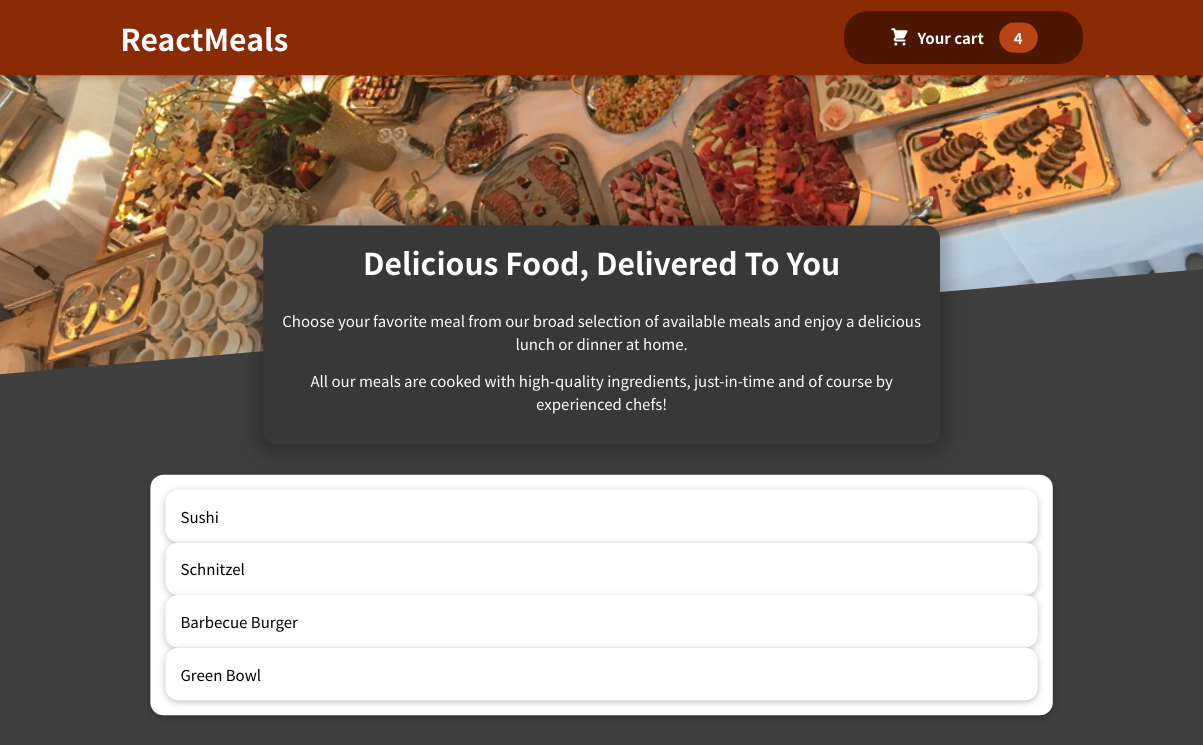
Repository: TonyHoukun-2022/React-foodApp-demo
Page: / (app in Desktop/REACT/React_FoodOrderApp/)
The author's editor kept a copy of each file at every save. The page is drawn from the files as they stood at one save, then again after a run of saves.
The browser window is 1280 px wide. The pictures show the whole page, at 94% of full size.
The project was rebuilt for these pictures with package versions that can differ from the ones it lists, and the page was loaded fresh each time.

Above is the page before, as saved 2021-12-05 15:57:19.

After the next 3 saves:
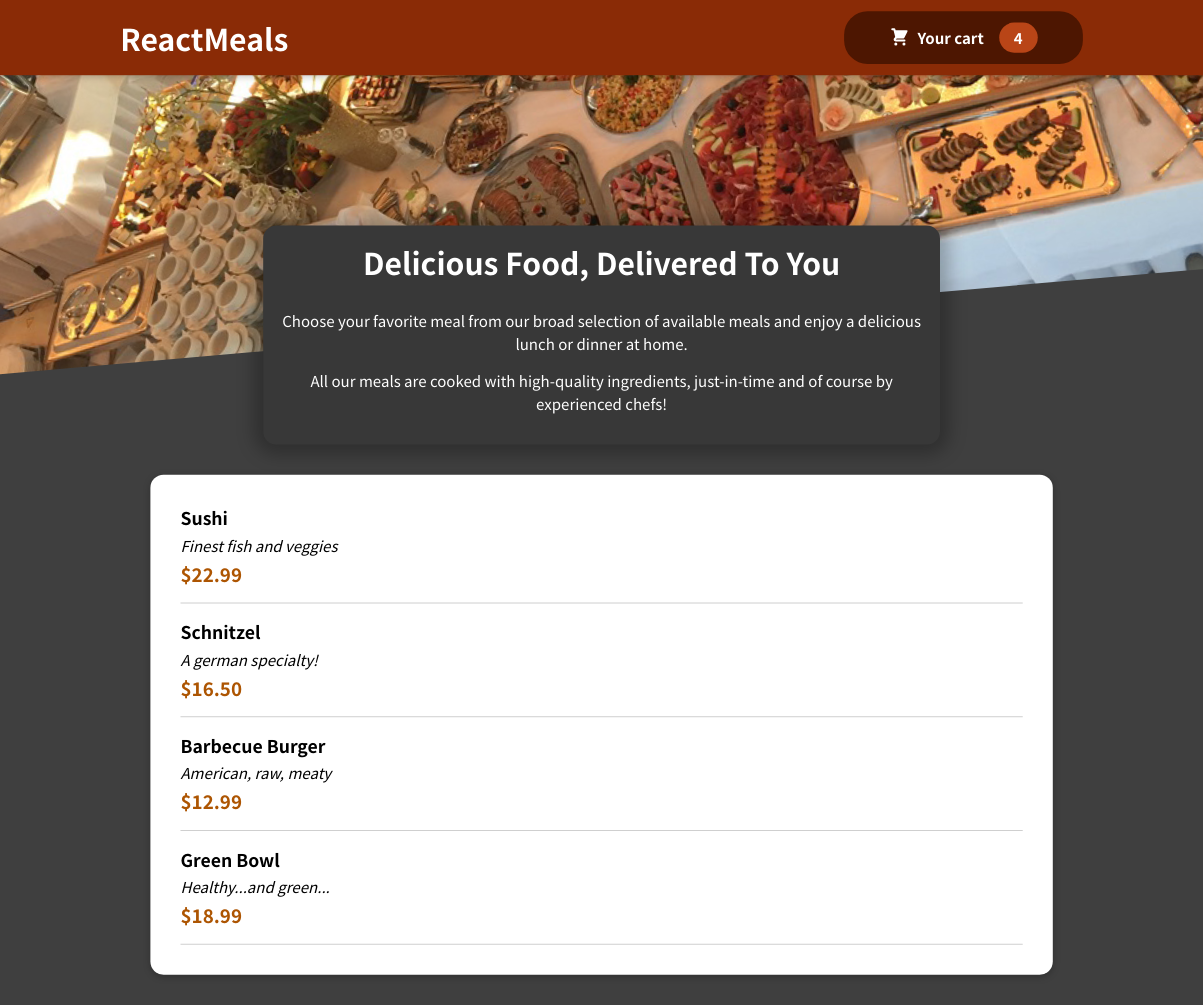
The 3 saves are shown as one change because 2 did not build or start.
The last was saved 98 s later.
--- a/Desktop/REACT/React_FoodOrderApp/src/components/Meals/AvailableMeals.js
+++ b/Desktop/REACT/React_FoodOrderApp/src/components/Meals/AvailableMeals.js
@@ -29,7 +29,7 @@ const DUMMY_MEALS = [
 ]
 const AvailableMeals = () => {
     const mealsList = DUMMY_MEALS.map(meal => (
-        <Card>{meal.name}</Card>
+        <MealItem price={meal.price} name={meal.name} description={meal.description}></MealItem>
     ))
     return (
         <section className={styles.meals}>
